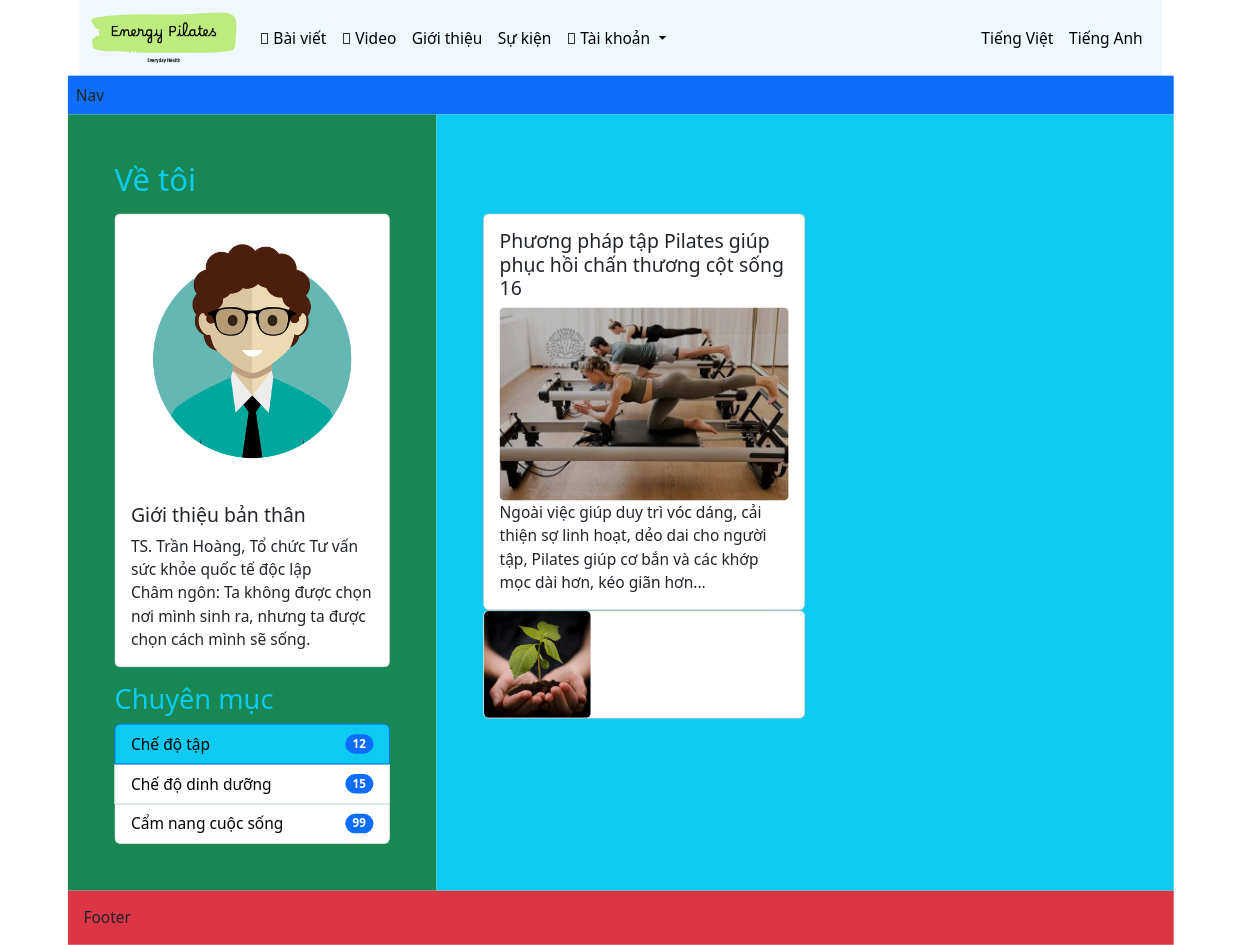
Repository: KizukoHeiwa/SOF308
Page: Lab1/index.html
These files come from the project's save history. The page is drawn as it stood at one moment and after a run of saves; the edit follows.
The browser window is 1280 px wide. The pictures show the whole page, at 97% of full size.

Above is the page before, as saved 2024-10-31 10:29:46.

After the next 2 saves:
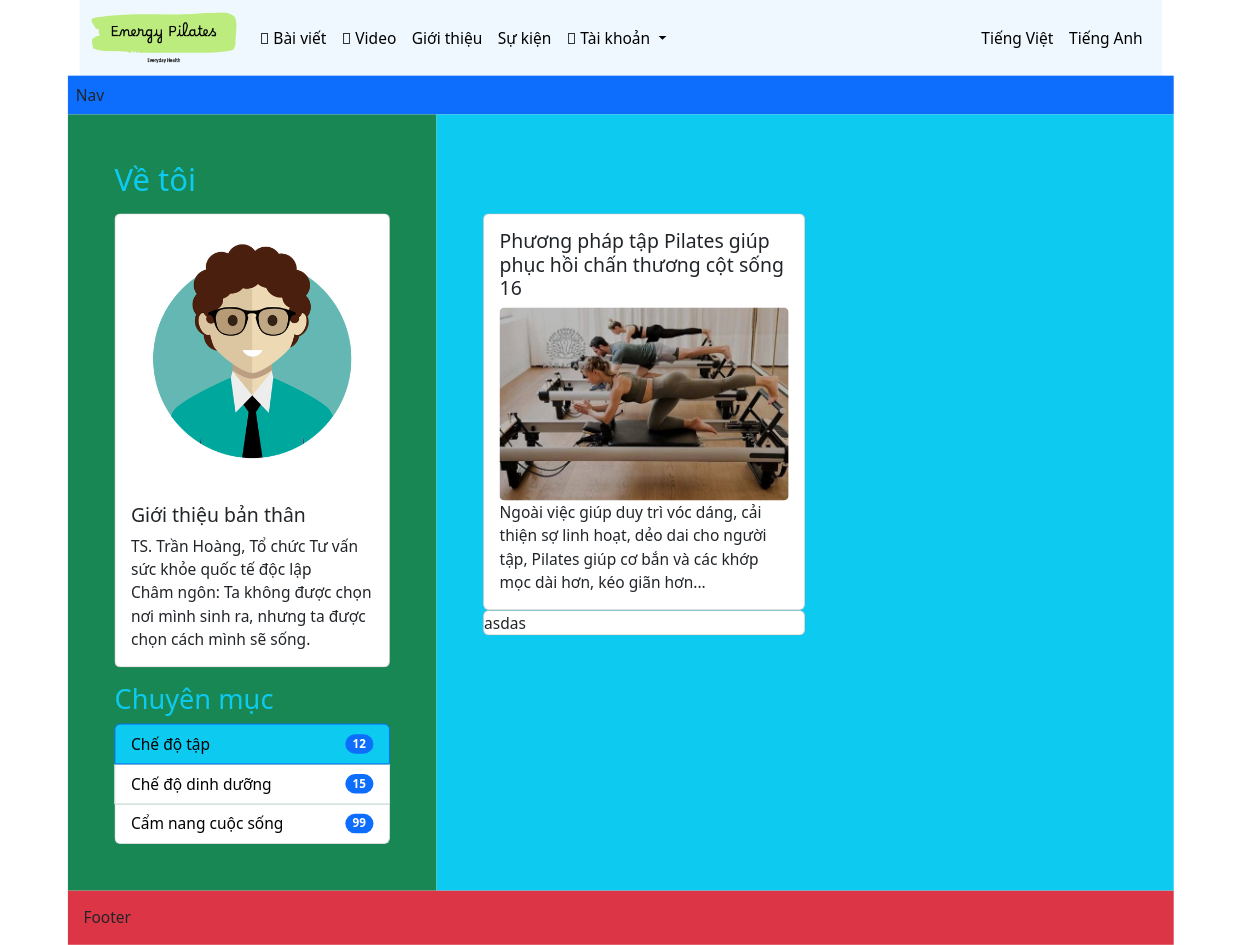
The 2 saves are shown as one change because they came seconds apart.
The last was saved 13 s later.
--- a/Lab1/index.html
+++ b/Lab1/index.html
@@ -113,9 +113,9 @@
                         </div>
                     </div>
                     <div class="card col-sm-6">
-                        <div class="col-4">
+                        <!-- <div class="col-4">
                             <img src="img/corevalue.jpg" alt="" class="card-img">
-                        </div>
+                        </div> -->asdas
                     </div>
                 </div>
             </article>

After the 3 saves that followed:
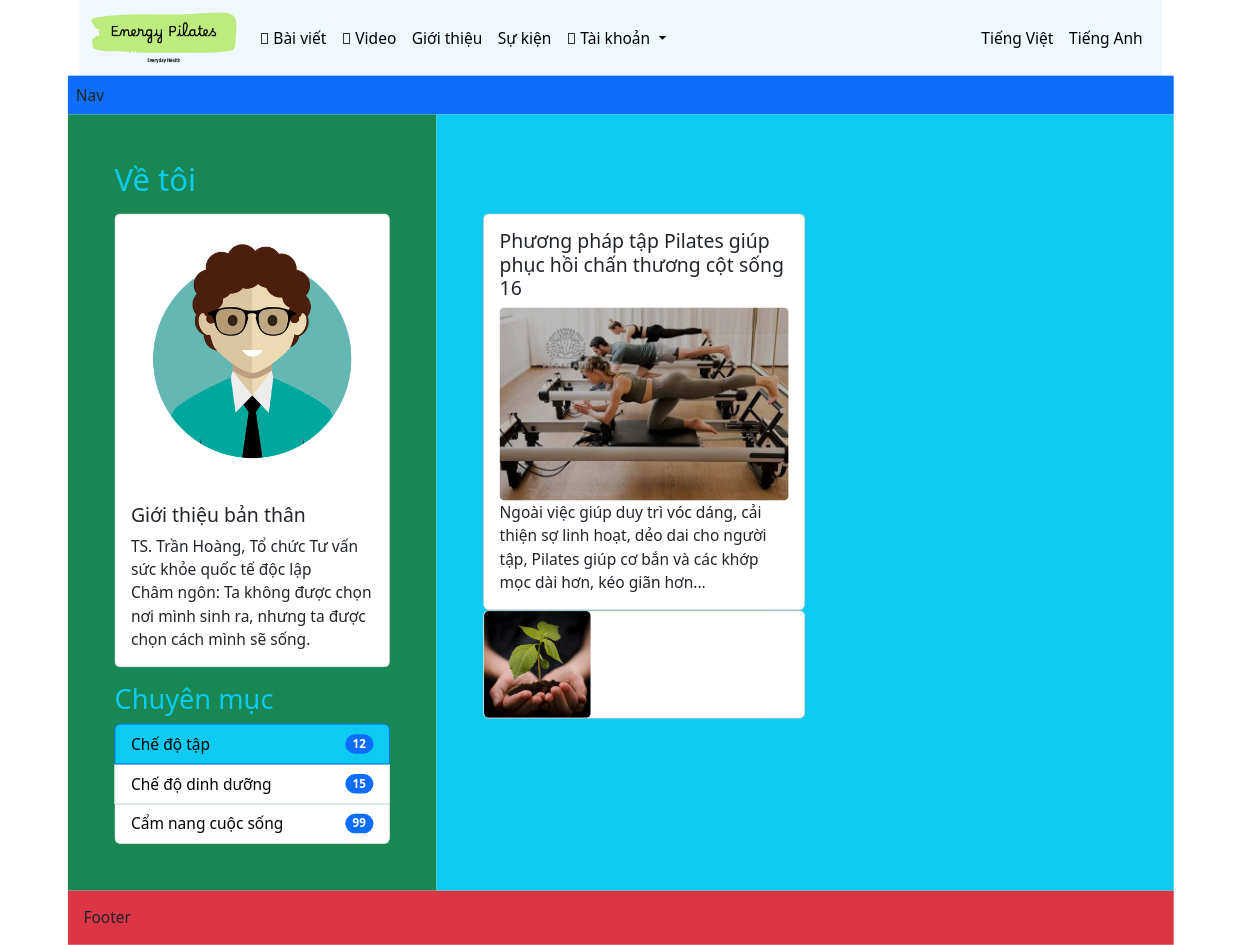
The 3 saves are shown as one change because they came seconds apart.
The last was saved 11 s later.
--- a/Lab1/index.html
+++ b/Lab1/index.html
@@ -113,9 +113,9 @@
                         </div>
                     </div>
                     <div class="card col-sm-6">
-                        <!-- <div class="col-4">
+                        <div class="col-4">
                             <img src="img/corevalue.jpg" alt="" class="card-img">
-                        </div> -->asdas
+                        </div>
                     </div>
                 </div>
             </article>
